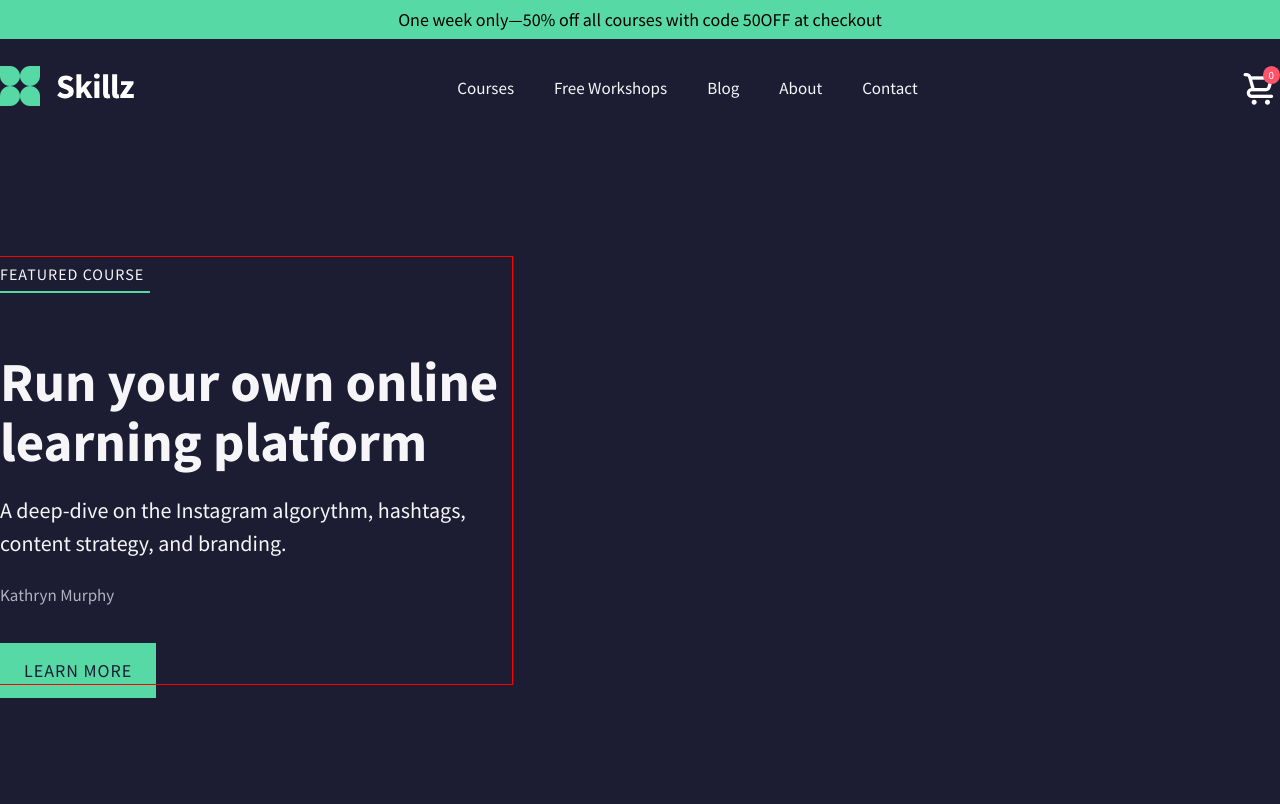
Repository: saidabbasun/skillz
Page: /
The author's editor kept a copy of each file at every save. The page is drawn from the files as they stood at one save, then again after a run of saves.
The browser window is 1280 px wide. The pictures show the whole page.
The project was rebuilt for these pictures with package versions that can differ from the ones it lists, and the page was loaded fresh each time.

Above is the page before, as saved 2022-06-13 04:08:13.

After the next 4 saves:
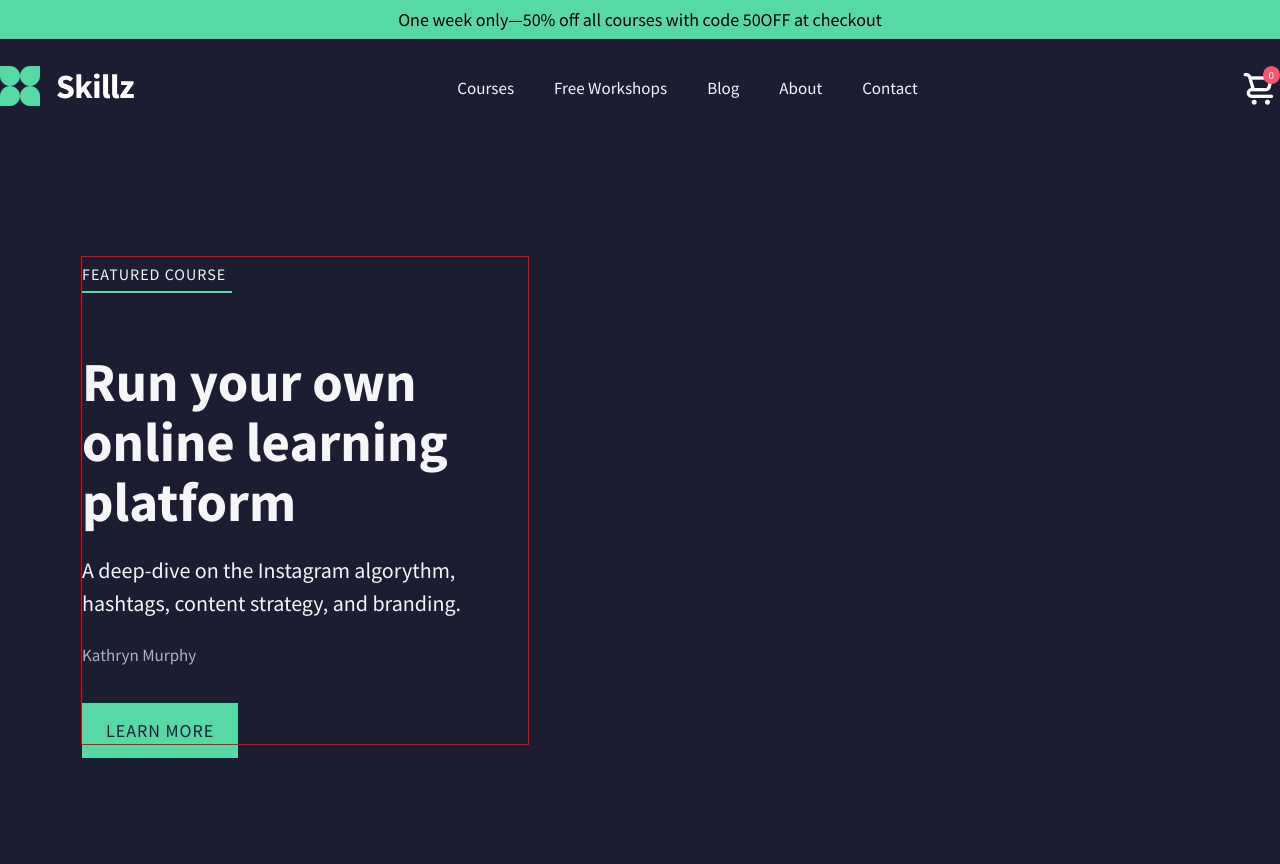
The 4 saves are shown as one change because they came seconds apart.
The last was saved 14 s later.
--- a/src/styles/Home.scss
+++ b/src/styles/Home.scss
@@ -1,8 +1,8 @@
 @import './Globl/variables.scss';
 @import './Globl/mixin';
 .row{
-    padding: 0 82px;
-    padding: 120px 0;
+
+    padding: 120px 82px;
  @include flexbox;
  background-color: $color_bg_title;
 }
